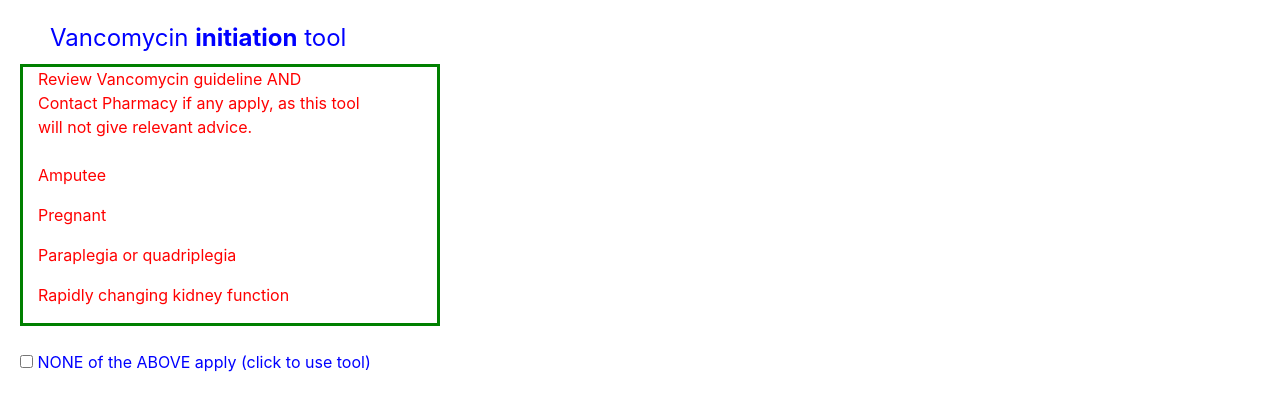
Repository: Mismiles/project-clinical-calculator
Page: index.html
The author's editor kept a record of every edit. The page is drawn from the files as they stood at one moment, then again after the next edit.
The browser window is 1280 px wide. The pictures show the whole page.

Above is the page before.

After the next edit:
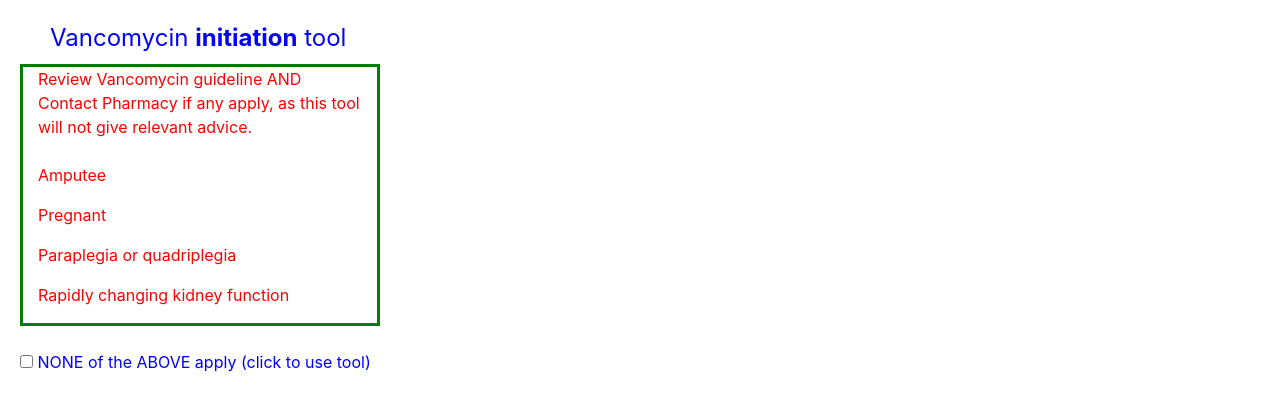
The edit:
--- a/css/stylesheet.css
+++ b/css/stylesheet.css
@@ -15,7 +15,7 @@
  border-style: solid;
  border-color: green;
  white-space: nowrap;
- width: 470px;
+ width: 360px;
  overflow: hidden;
  text-overflow: ellipsis;
   }
